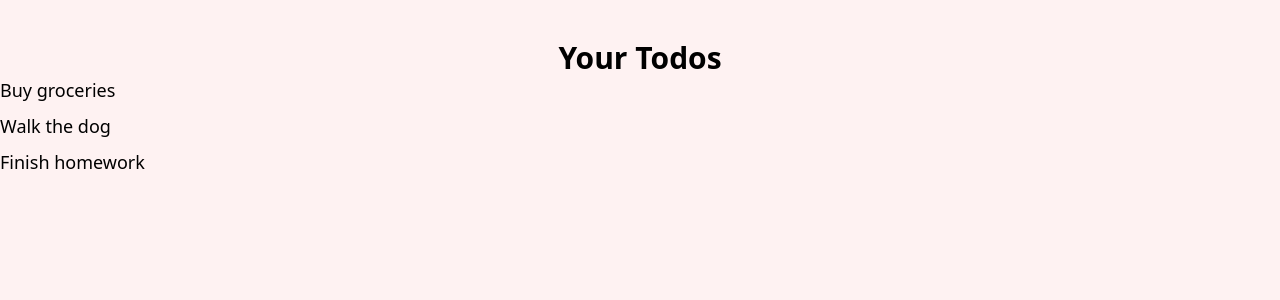
Repository: kocokoy/lodo-list-react-ts-tailwind
Page: /
These files come from the project's save history. The page is drawn as it stood at one moment and after the next save; the edit follows.
The browser window is 1280 px wide. The pictures show the whole page.
The project was rebuilt for these pictures with package versions that can differ from the ones it lists, and the page was loaded fresh each time. Also part of the build but not shown: vite.config.ts.

Above is the page before, as saved 2025-07-29 14:33:10.

After the next save:
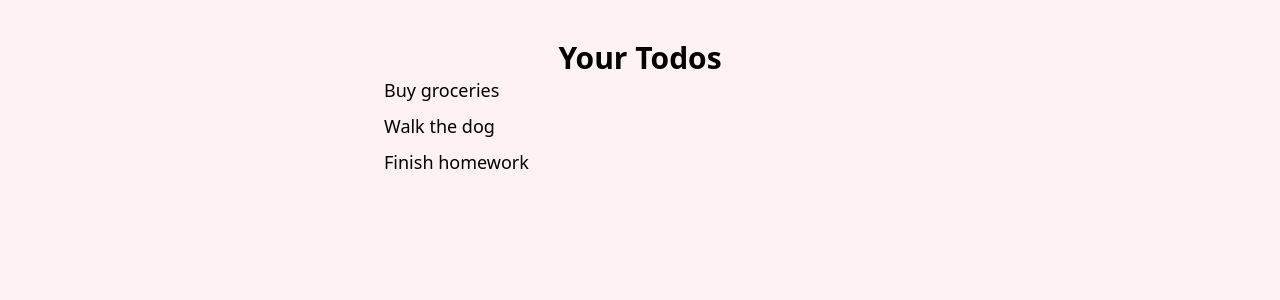
Saved 16 s later.
--- a/src/App.tsx
+++ b/src/App.tsx
@@ -6,7 +6,7 @@ function App() {
      <h1 className="font-bold text-3xl text-center">
       Your Todos
      </h1>
-       <div>
+       <div className="max-w-lg mx-auto">
         <div className="space-y-2">
           {dummyData.map(todo => (
             <p key={todo.id} className="text-lg ">
